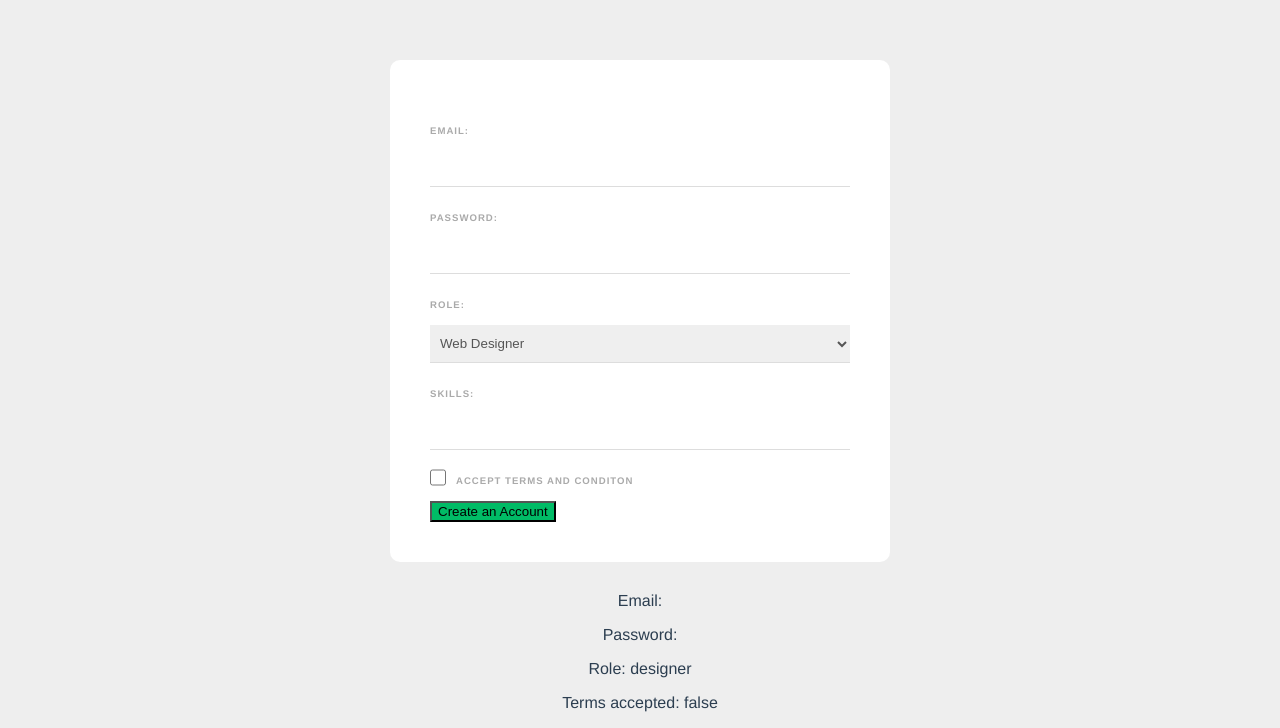
Repository: pin-seavmuy/Vue-Js
Page: /
These files come from the project's save history. The page is drawn as it stood at one moment and after a run of saves; the edit follows.
The browser window is 1280 px wide. The pictures show the whole page.
The project was rebuilt for these pictures with package versions that can differ from the ones it lists, and the page was loaded fresh each time. Also part of the build but not shown: vue.config.js.

Above is the page before, as saved 2023-11-16 23:43:52.

### src/App.vue
<template>
  <SignupForm/>
</template>

<script>
import SignupForm from './components/SignupForm.vue'

export default {
  name: 'App',
  components: {
    SignupForm
  }
}
</script>

<style>
#app {
  font-family: Avenir, Helvetica, Arial, sans-serif;
  -webkit-font-smoothing: antialiased;
  -moz-osx-font-smoothing: grayscale;
  text-align: center;
  color: #2c3e50;
  margin-top: 60px;
}
body{
  margin: 0;
  background: #eee;

}
</style>

### src/components/SignupForm.vue
<template>
  <form>
    <label>Email:</label>
    <input type="email" required v-model="email">

    <label>Password:</label>
    <input type="password" required v-model="password">

        <label>Role:</label>
        <select v-model="role">
            <option value="developer">Web Developer</option>
            <option value="designer">Web Designer</option>
        </select>

        <label>Skills:</label>
        <input type="text" v-model="tempSkill" @keyup.alt="addSkill">
        <div v-for="skill in skills" :key="skill" class="pill">
            <span @click="deleteSkill(skill)"> {{ skill}}</span>
        </div>

        <div class="terms">
            <input type="checkbox" required v-model="terms">
            <label>Accept terms and conditon</label>
        </div>

        <div class="submit">
            <button>Create an Account</button>
        </div>

        <!-- <div>
            <input type="checkbox" value="shaun" v-model="names">
            <label>Shaun</label>
        </div>
        <div>
            <input type="checkbox" value="yoshi" v-model="names">
            <label>Yoshi</label>
        </div>
        <div>
            <input type="checkbox" value="mario" v-model="names">
            <label>Mario</label>
        </div> -->
  </form>

  <p>Email: {{ email }}</p>
  <p>Password: {{ password }}</p>
  <p>Role: {{ role}}</p>
  <p>Terms accepted: {{terms}}</p>
  <!-- <p>Names: {{names}}</p> -->
</template>

<script>
export default {
    data(){
        return{
            email: '',
            password: '',
            role: 'designer',
            terms: false,
            // names: [],
            tempSkill: [],
            skills: []
        }
    },
    components: [],
    methods: {
        addSkill(e){
            // console.log(e)
            if (e.key === ',' && this.tempSkill){
                if (!this.skills.includes(this.tempSkill)){
                    this.skills.push(this.tempSkill)
                }
                this.tempSkill = ''
            }
        },
        deleteSkill(skill){
            this.skills = this.skills.filter((item) => {
                return skill !== item
            })
        }
    }
}
</script>

<style>
    form{
        max-width: 420px;
        margin: 30px auto;
        background: #fff;
        text-align: left;
        padding: 40px;
        border-radius: 10px;
    }
    label{
        color: #aaa;
        display: flex;
        margin: 25px 0 15px;
        font-size: 0.6em;
        text-transform: uppercase;
        letter-spacing: 1px;
        font-weight: bold;
    }
    input, select{
        display: block;
        padding: 10px 6px;
        width: 100%;
        box-sizing: border-box;
        border: none;
        border-bottom: 1px solid #ddd;
        color: #555;
    }
    input[type="checkbox"]{
        display: inline-block;
        width: 16px;
        margin: 0 10px 0 0;
        position: relative;
        top: 2px;
    }
    .terms{
        display: flex
    }
    .pill{
        display: inline-block;
        margin: 20px 10px 0 0;
        padding: 6px 12px;
        background: #eee;
        border-radius: 20px;
        font-size: 12px;
        letter-spacing: 1px;
        font-weight: bold;
        color: #777;
        cursor: pointer;
    }
    button{
        background: #0b6
    }
</style>

Loaded but not shown: public/index.html (common file); src/main.js (common file)

After the next 8 saves:
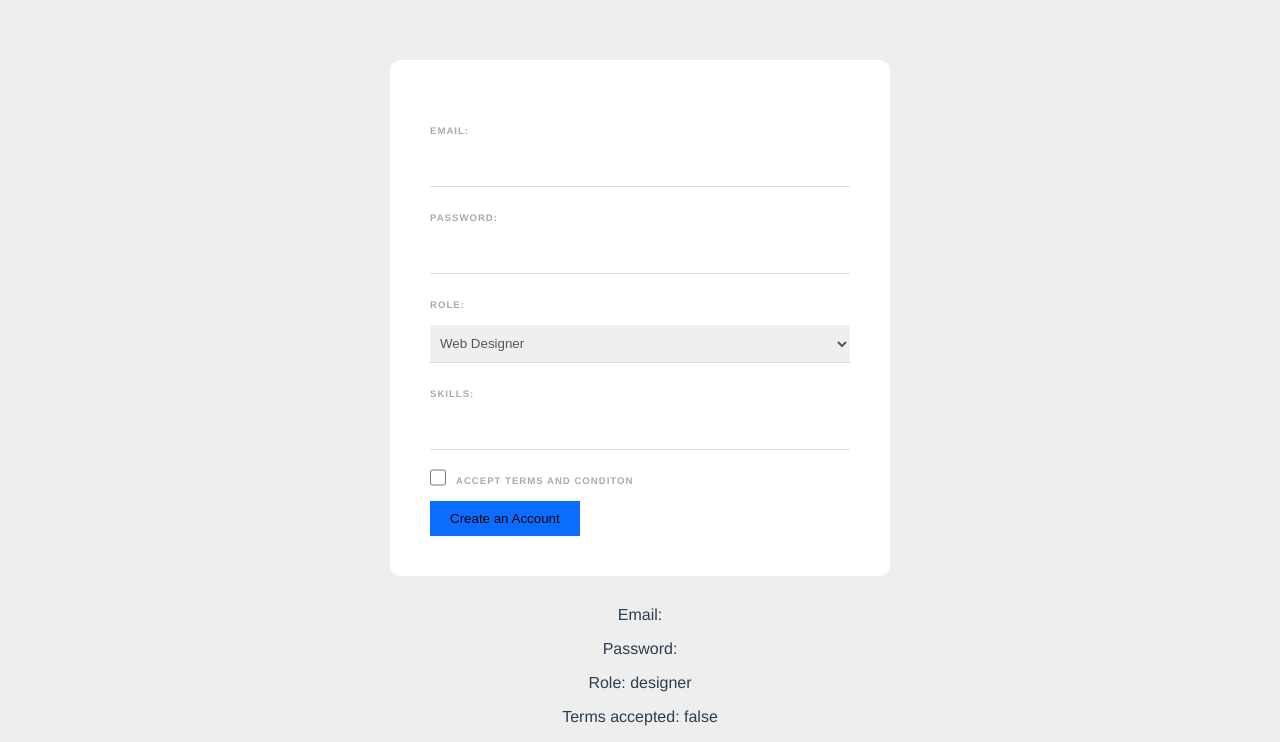
The 8 saves are shown as one change because they came seconds apart.
The last was saved 20 s later.
--- a/src/components/SignupForm.vue
+++ b/src/components/SignupForm.vue
@@ -131,6 +131,9 @@ export default {
         cursor: pointer;
     }
     button{
-        background: #0b6
+        background: #0b6dff;
+        border: 0;
+        padding: 10px 20px;
+
     }
 </style>
